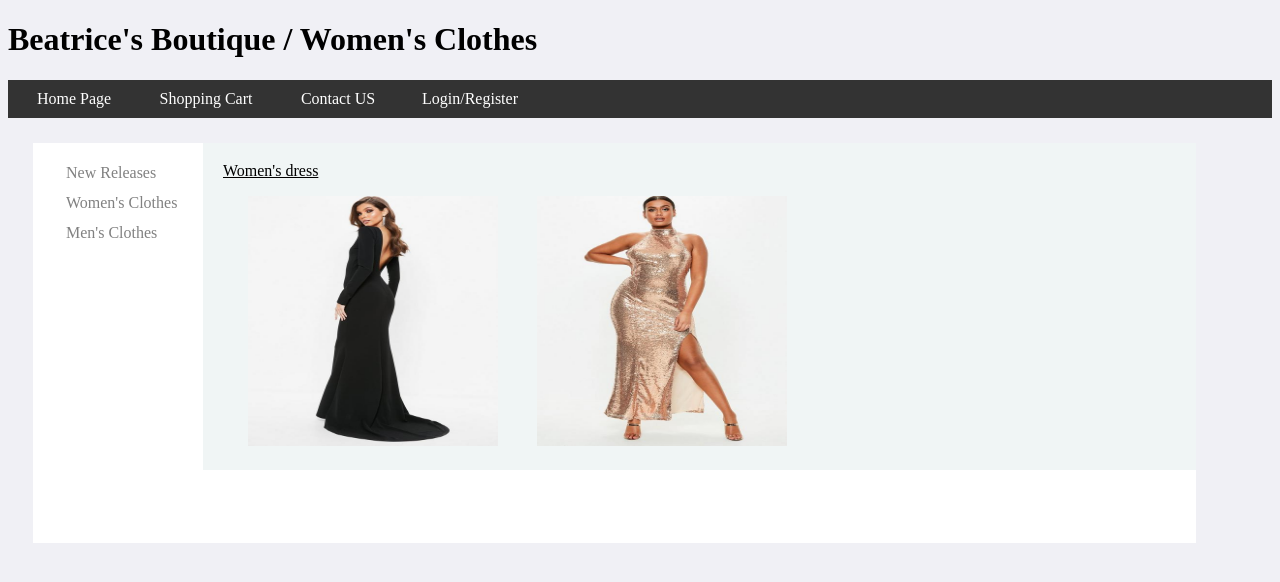
Repository: IosifDobos/Beatrice-Boutique
Page: BeatriceBoutique/Java/WorkSpace/BeatriceBoutique/WebContent/womensClothes.html
The author's editor kept a copy of each file at every save. The page is drawn from the files as they stood at one save, then again after the next save.
The browser window is 1280 px wide. The pictures show the whole page.

Above is the page before, as saved 2018-12-04 17:13:21.

### BeatriceBoutique/Java/WorkSpace/BeatriceBoutique/WebContent/womensClothes.html
<!DOCTYPE html >
<html>
<head>
<meta http-equiv="Content-Type" content="text/html; charset=ISO-8859-1">
<link rel="stylesheet" type="text/css" href="styleSheet.css">
<title>Women's Clothes</title>
</head>
<body>

	<h1>Beatrice's Boutique / Women's Clothes</h1>

	<ul>
		<li><a href="homePage.html">Home Page</a></li>
		<li><a href="shoppingCart.html">Shopping Cart</a></li>
		<li><a href="contact.html">Contact US</a></li>
		<li><a href="login.html">Login/Register</a></li>
	</ul>


	<div class = "container">
		<!-- left side of the container where menu is displayed -->
		<div id="sidemenu">
			<a href="#">New Releases</a>
			<a href="womensClothes.html">Women's Clothes</a>
			<a href="#">Men's Clothes</a>
		</div>
		<!-- right side of the container -->
		<div id="right-side">
			<p><u>Women's dress</u></p>

			<img alt="dress" src="womens-img/black-open-back-maxi-dress.jpg" width="250" height="250" style="margin-left: 25px;>

			<img alt="dress1" src="womens-img/black-sewn-through-disc-bodycon-mini-dress.jpg" width="250" height="250" style="margin-left: 35px;">

			<img alt="dress2" src="womens-img/gold-sequin-choker-maxi-dress.jpg" width="250" height="250" style="margin-left: 35px;">
		</div>

	</div>

</body>
</html>

### BeatriceBoutique/Java/WorkSpace/BeatriceBoutique/WebContent/styleSheet.css
@charset "UTF-8";

body{
	background-color: #f0f0f5;
}

ul {
	position: -webkit-sticky;
	position: sticky;
    list-style-type: none;
    top: 0;
    margin: 0;
    padding: 0;
    overflow: hidden;
    background-color: #333;
}

li{
	float: left;
}

li a{
	display: block;
	color: white;
	text-align: center;
	padding: 10px 16px;
	text-decoration: none;
	width: 100px;

}

li a:hover {
    background-color: #555;
    color: white;
}

.active {
    background-color: #4CAF50;
    color: white;
}

.container{
	margin-top: 25px;
	margin-left: 25px;
	background-color:  white;
	min-height: 400px;
	width: 92%;
}

/*#container:after{
	content: "";
	display: table;
	clear: both;
} */



#sidemenu {
    min-height: 100px;; /* Full-height: remove this if you want "auto" height */
    width: 150px;; /* Set the width of the sidebar */
    position: fixed; /* Fixed Sidebar (stay in place on scroll) */
    z-index: 1; /* Stay on top */
    top: 150px; /* Stay at the top */
    left: 50px;
    background-color: ; /* Black */
    overflow-x: hidden; /* Disable horizontal scroll */
    padding: 8px 0;
}

#sidemenu a {
    padding: 6px 8px 6px 16px;
    text-decoration: none;
    font-size: 16px;
    color: #818181;
    display: block;
}

/* When you mouse over the navigation links, change their color */
#sidemenu a:hover {
    color: #679898;
}

/* Style page content */
#right-side {
    margin-left: 170px; /* Same as the width of the sidebar */
    padding: 3px 5px 20px 20px;
    background-color: #f0f5f5;
    min-height: 300px;
}


/* #right-side{
	float: right;
	margin-right: 20px;
	width: 60%;
} */






/* Responsive layout - when the screen is less than 600px wide, make the two columns stack on top of each other instead of next to each other */
@media screen and (max-width: 600px) {
    .col-25, .col-75, input[type=submit] {
        width: 100%;
        margin-top: 0;
    }
}

@media screen and (max-height: 450px) {
    #sidemenu {padding-top: 15px;}
    #sidemenu a {font-size: 18px;}
}

After the next save:
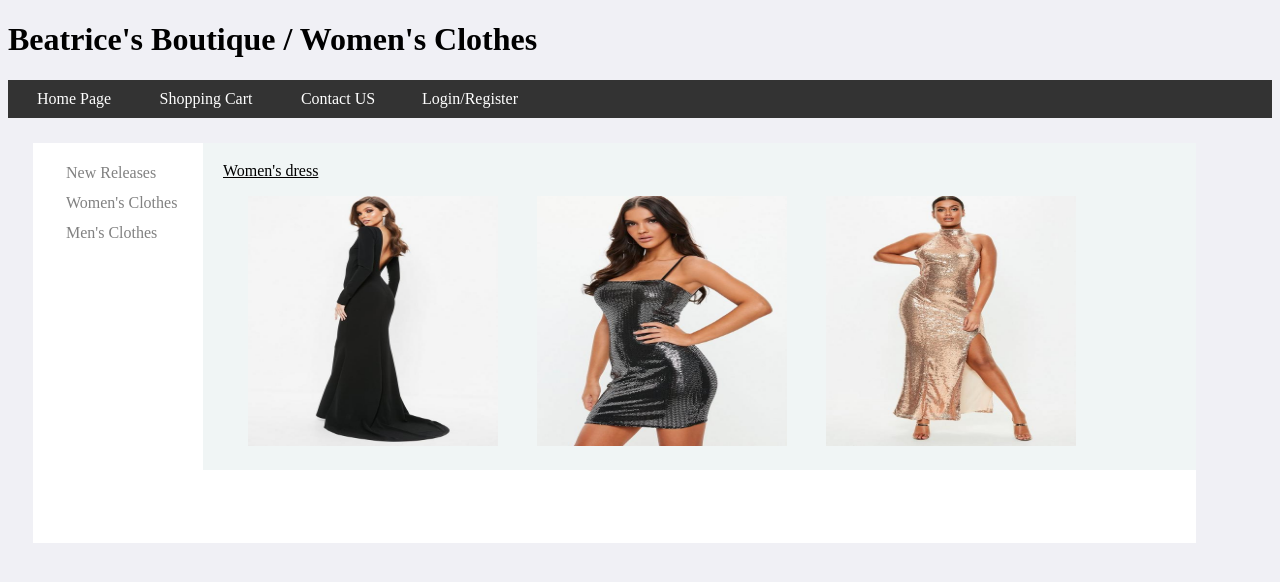
Saved 37 s later.
--- a/BeatriceBoutique/Java/WorkSpace/BeatriceBoutique/WebContent/womensClothes.html
+++ b/BeatriceBoutique/Java/WorkSpace/BeatriceBoutique/WebContent/womensClothes.html
@@ -28,7 +28,7 @@
 		<div id="right-side">
 			<p><u>Women's dress</u></p>
 
-			<img alt="dress" src="womens-img/black-open-back-maxi-dress.jpg" width="250" height="250" style="margin-left: 25px;>
+			<img alt="dress" src="womens-img/black-open-back-maxi-dress.jpg" width="250" height="250" style="margin-left: 25px;">
 
 			<img alt="dress1" src="womens-img/black-sewn-through-disc-bodycon-mini-dress.jpg" width="250" height="250" style="margin-left: 35px;">
 
